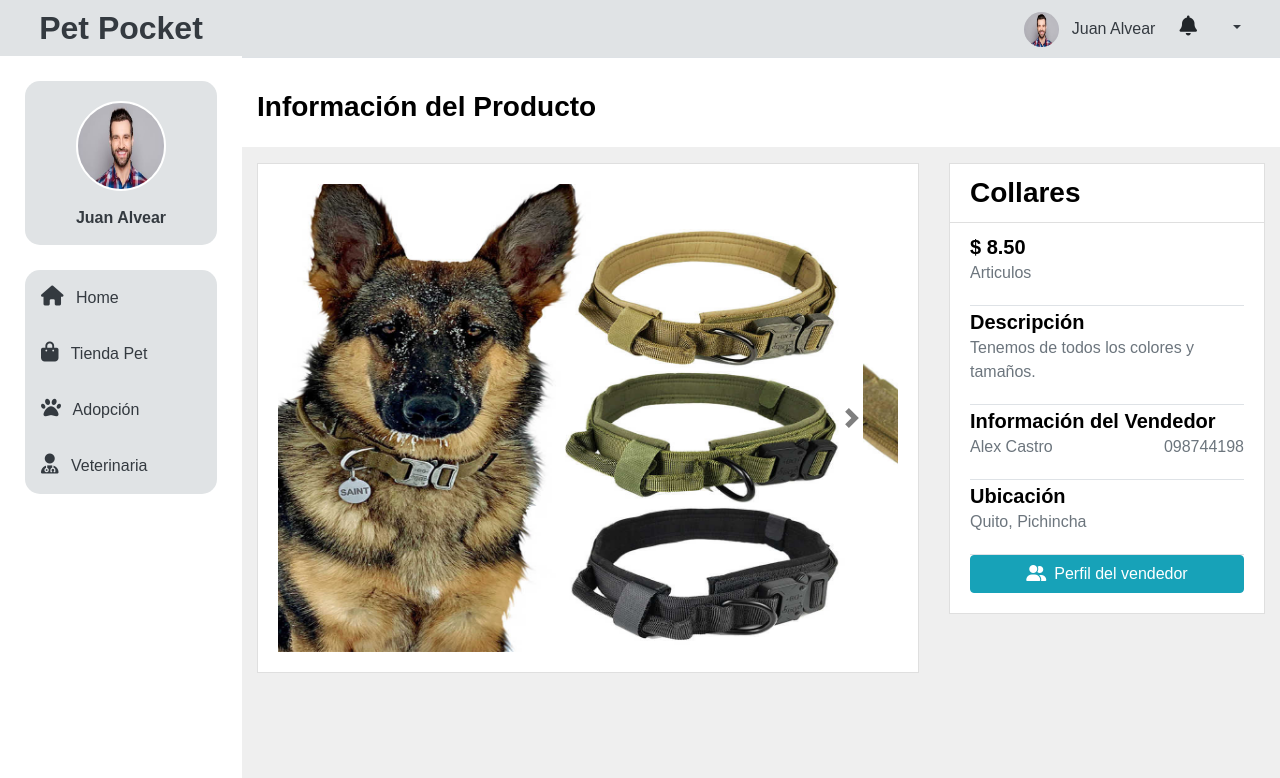
Repository: linkear/k_pet_pocket
Page: P-Final/public/informacion-producto.html
These files come from the project's save history. The page is drawn as it stood at one moment and after a run of saves; the edit follows.
The browser window is 1280 px wide. The pictures show the whole page.
Some web fonts or font styles are not loaded; a fallback is used. Some web libraries are served in a nearby version.

Above is the page before, as saved 2020-10-25 17:48:11.

After the next 2 saves:
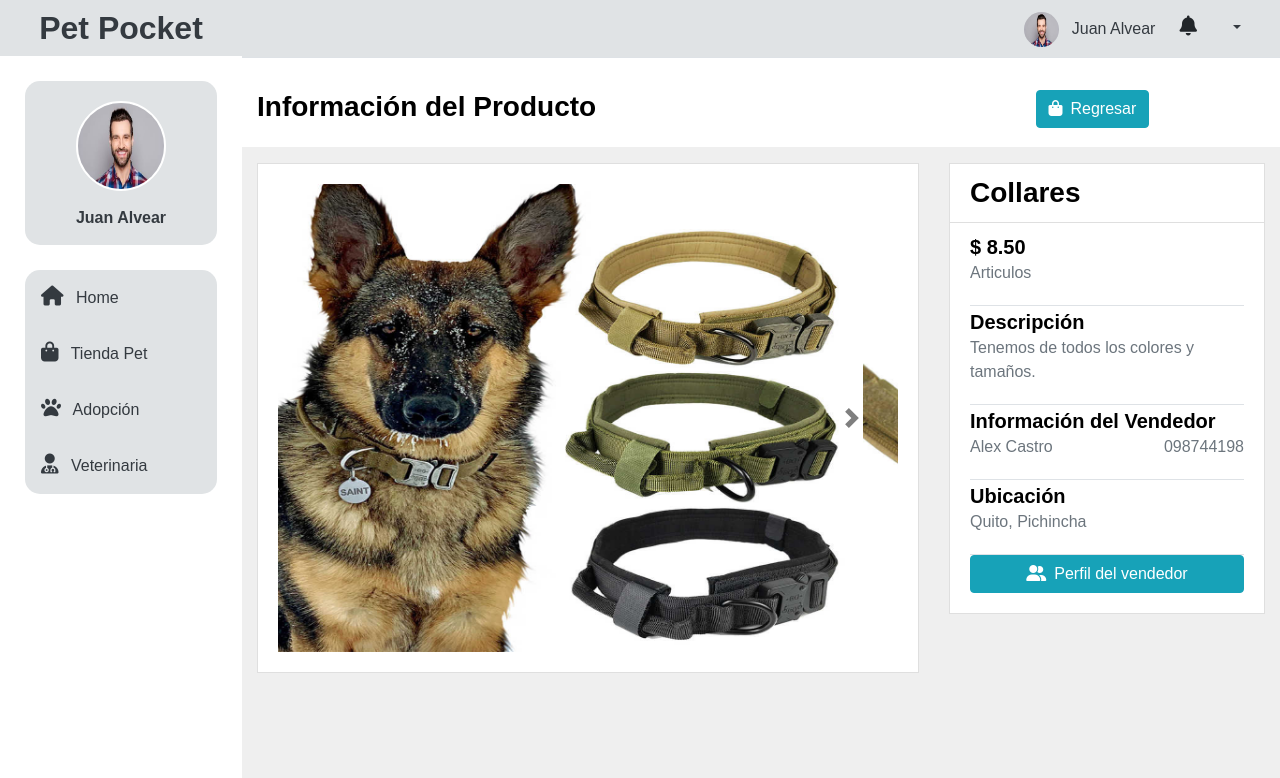
The 2 saves are shown as one change because they came seconds apart.
The last was saved 119 s later.
--- a/P-Final/public/informacion-producto.html
+++ b/P-Final/public/informacion-producto.html
@@ -94,6 +94,10 @@
                             <div class="col-lg-9 col-md-8">
                                 <h3 class="mt-3 font-weight-bold">Información del Producto</h3>
                             </div>
+                            <div class="col-lg-3 col-md-4 d-flex">
+                                <a href="../public/home-tienda.html"><button
+                                    class="btn btn-info align-self-end mt-3"><i class="fas fa-shopping-bag mr-2"></i>Regresar</button></a>
+                            </div>
                         </div>
                     </div>
                 </section>
